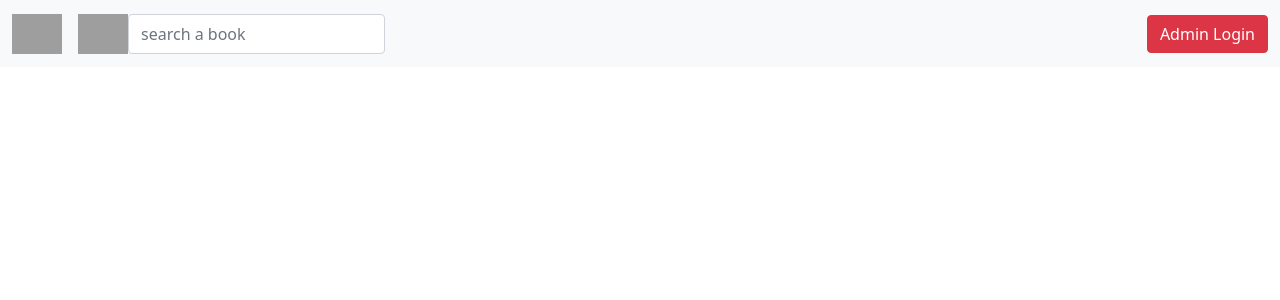
Repository: dilaraozdem1r/BooksApp
Page: /
These files come from the project's save history. The page is drawn as it stood at one moment and after the next save; the edit follows.
The browser window is 1280 px wide. The pictures show the whole page.
Pictures or frames that could not be fetched are drawn as grey boxes. The page's requests for data from a server got no answer. The project was rebuilt for these pictures with package versions that can differ from the ones it lists, and the page was loaded fresh each time. No one was signed in, and anything a server would have sent is missing.

Above is the page before, as saved 2021-08-24 17:41:30.

### public/index.html
<!DOCTYPE html>
<html lang="en">
  <head>
    <meta charset="utf-8" />
    <link rel="icon" href="%PUBLIC_URL%/favicon.ico" />
    <meta name="viewport" content="width=device-width, initial-scale=1" />
    <meta name="theme-color" content="#000000" />
    <meta
      name="description"
      content="Web site created using create-react-app"
    />
    <link rel="apple-touch-icon" href="%PUBLIC_URL%/logo192.png" />
    <!--
      manifest.json provides metadata used when your web app is installed on a
      user's mobile device or desktop. See https://developers.google.com/web/fundamentals/web-app-manifest/
    -->
    <link rel="manifest" href="%PUBLIC_URL%/manifest.json" />
    <!--
      Notice the use of %PUBLIC_URL% in the tags above.
      It will be replaced with the URL of the `public` folder during the build.
      Only files inside the `public` folder can be referenced from the HTML.

      Unlike "/favicon.ico" or "favicon.ico", "%PUBLIC_URL%/favicon.ico" will
      work correctly both with client-side routing and a non-root public URL.
      Learn how to configure a non-root public URL by running `npm run build`.
    -->
    <link href="https://cdn.jsdelivr.net/npm/bootstrap@5.0.2/dist/css/bootstrap.min.css" rel="stylesheet" integrity="sha384-EVSTQN3/azprG1Anm3QDgpJLIm9Nao0Yz1ztcQTwFspd3yD65VohhpuuCOmLASjC" crossorigin="anonymous">
    <title>Books App</title>
  </head>
  <body>
    <noscript>You need to enable JavaScript to run this app.</noscript>
    <div id="root"></div>
    <!--
      This HTML file is a template.
      If you open it directly in the browser, you will see an empty page.

      You can add webfonts, meta tags, or analytics to this file.
      The build step will place the bundled scripts into the <body> tag.

      To begin the development, run `npm start` or `yarn start`.
      To create a production bundle, use `npm run build` or `yarn build`.
    -->
    <script src="https://cdn.jsdelivr.net/npm/bootstrap@5.0.2/dist/js/bootstrap.bundle.min.js" integrity="sha384-MrcW6ZMFYlzcLA8Nl+NtUVF0sA7MsXsP1UyJoMp4YLEuNSfAP+JcXn/tWtIaxVXM" crossorigin="anonymous"></script>
  </body>
</html>

### src/index.js
import React from 'react'
import ReactDOM from 'react-dom'
import App from './Components/App'

ReactDOM.render(
    <App />,
    document.getElementById('root')

);

### src/Components/App.js
import React from 'react'
import { BrowserRouter as Router, Switch, Route, Link } from "react-router-dom";
import Books from './BookList';
import axios from 'axios'
import SearchBar from './SearchBar'

class App extends React.Component {
  state = {
    books: [],
    searchQuery: ""
  }

  async componentDidMount() {
    this.getBooks();

  }
  async getBooks() {
    const response = await axios.get(" http://localhost:3004/books");

    this.setState({ books: response.data })

  }
  searchMovie = (event) => {
    this.setState({
      searchQuery: event.target.value
    })

  }

  render() {

    let filteredBooks = this.state.books.filter(
      (book) => {
        return book.name.toLowerCase().indexOf(this.state.searchQuery.toLowerCase()) !== -1
      }
    ).sort((a, b) => {
      return a.id < b.id ? 1 : a.id > b.id ? -1 : 0;
    });



    return (
      <Router>
        <Switch>
          <Route path="/" exact render={() => (
            <React.Fragment>
              <div>
                <nav className="navbar navbar-light bg-light">
                  <div className="container-fluid">
                    <a class="navbar-brand">
                      <img src="https://encrypted-tbn0.gstatic.com/images?q=tbn:ANd9GcRZ-o86obF-UTdLqsqqiUM6O82URx7R52fXlw&usqp=CAU" alt="" width="50" height="40" class="d-inline-block align-text-top" />
                    </a>

                    <SearchBar search={this.searchMovie} />
                    <div className="col ol-md-5">
                      <Link
                        to="/admin"
                        type="button"
                        className="btn btn-danger"
                        style={{ float: 'right' }}
                      >Admin Login</Link>
                    </div>

                  </div>
                </nav>
              </div>
              <div>
                <Books books={filteredBooks} />
              </div>

            </React.Fragment>)}>
          </Route>

        </Switch>
      </Router>
    );
  }
}
export default App;

### src/Components/BookList.js
import React from 'react';



const Books = (props) => {

    const truncateOverview =(string, maxLength) =>{
        if(!string) return null;
        if(string.length < maxLength ) return string;
        return `${string.substring(0,maxLength)}...`
    }


    return (

        //<div className='row'>
<div className="row row-cols-1 row-cols-md-3 g-4">


            {props.books.map((book) => (


                <div className='col ' key={book.id} >

                    <div className='card' style={{width:"80%", height:"60%"}}>
                        <img src={book.imageURL} className="card-img-top" alt="sample image" />
                        <div className="card-body">
                            <h5 className="card-title">{book.name}</h5>
                            <p className="card-text"> {truncateOverview(book.overview,100)}</p>

                            <h2><span class="badge rounded-pill bg-secondary">{book.author}</span></h2>
                        </div>
                    </div>
                </div>


            ))}

        </div>


    )



}

export default Books;

### src/Components/SearchBar.js
import React from 'react';
import { Link } from 'react-router-dom';

class SearchBar extends React.Component{

    render(){
        return(

            <div>
                <form className="d-flex">
                <img src="https://e7.pngegg.com/pngimages/152/157/png-clipart-stitched-co-computer-icons-magnifying-glass-search-icon-miscellaneous-logo-thumbnail.png" alt="" width="50" height="40" class="d-inline-block align-text-top"/>
            <input className="form-control me-50"  type="text" placeholder="search a book" aria-label="Search" onChange={this.props.search}/>


         </form>
         </div>

        )
    }
}
export default SearchBar;

After the next save:
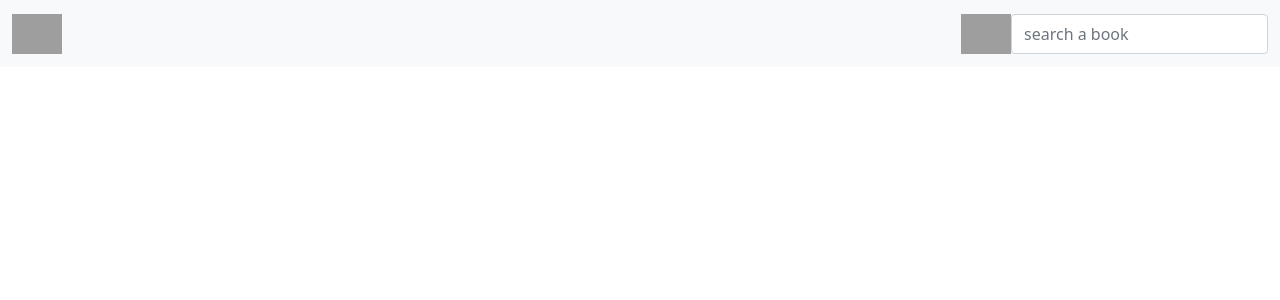
Saved 45 s later.
--- a/src/Components/App.js
+++ b/src/Components/App.js
@@ -52,14 +52,7 @@ class App extends React.Component {
                     </a>
 
                     <SearchBar search={this.searchMovie} />
-                    <div className="col ol-md-5">
-                      <Link
-                        to="/admin"
-                        type="button"
-                        className="btn btn-danger"
-                        style={{ float: 'right' }}
-                      >Admin Login</Link>
-                    </div>
+
 
                   </div>
                 </nav>
